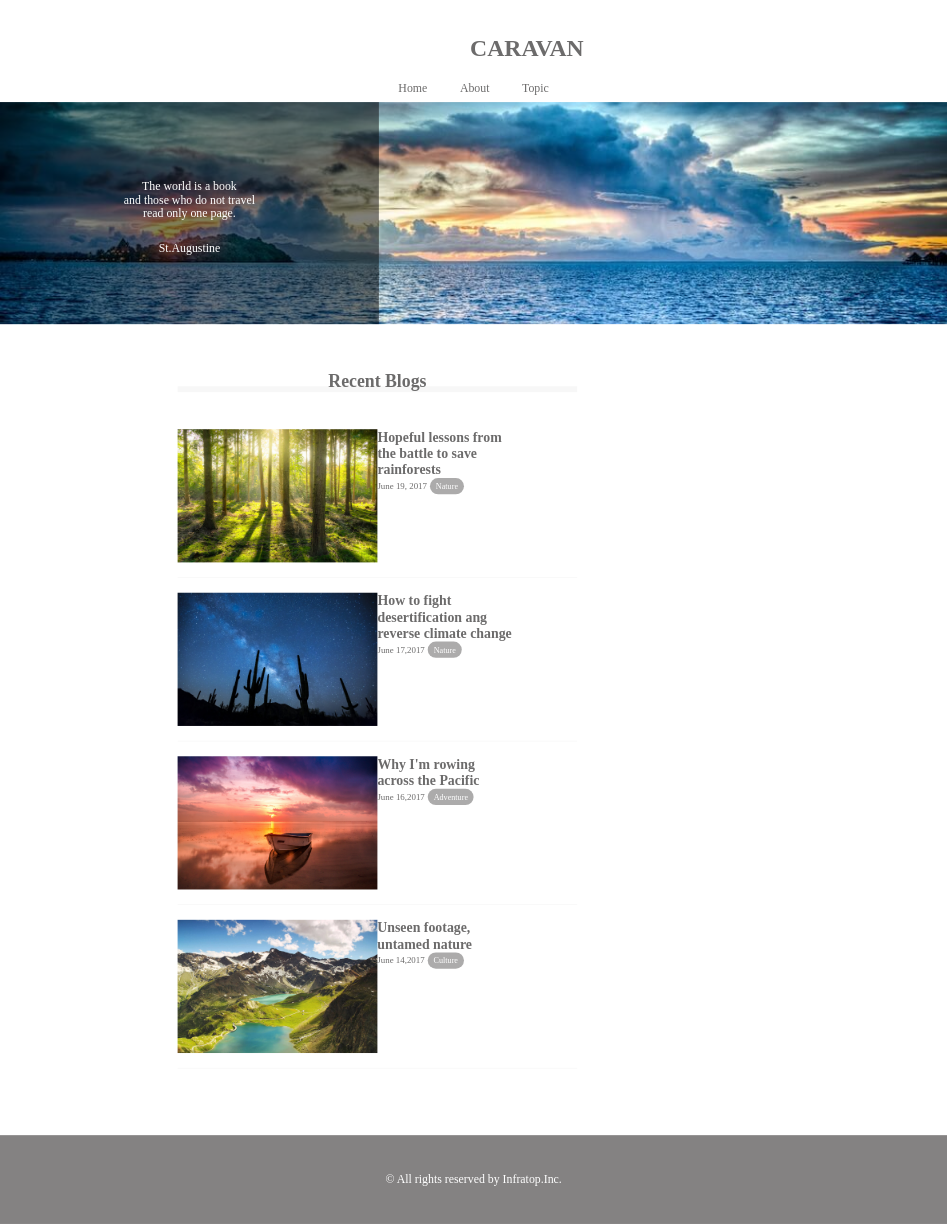
Repository: takanauti/task
Page: caravan/index.html
The author's editor kept a record of every edit. The page is drawn from the files as they stood at one moment, then again after the next edit.
The browser window is 1280 px wide. The pictures show the whole page, at 74% of full size.

Above is the page before.

After the next edit:
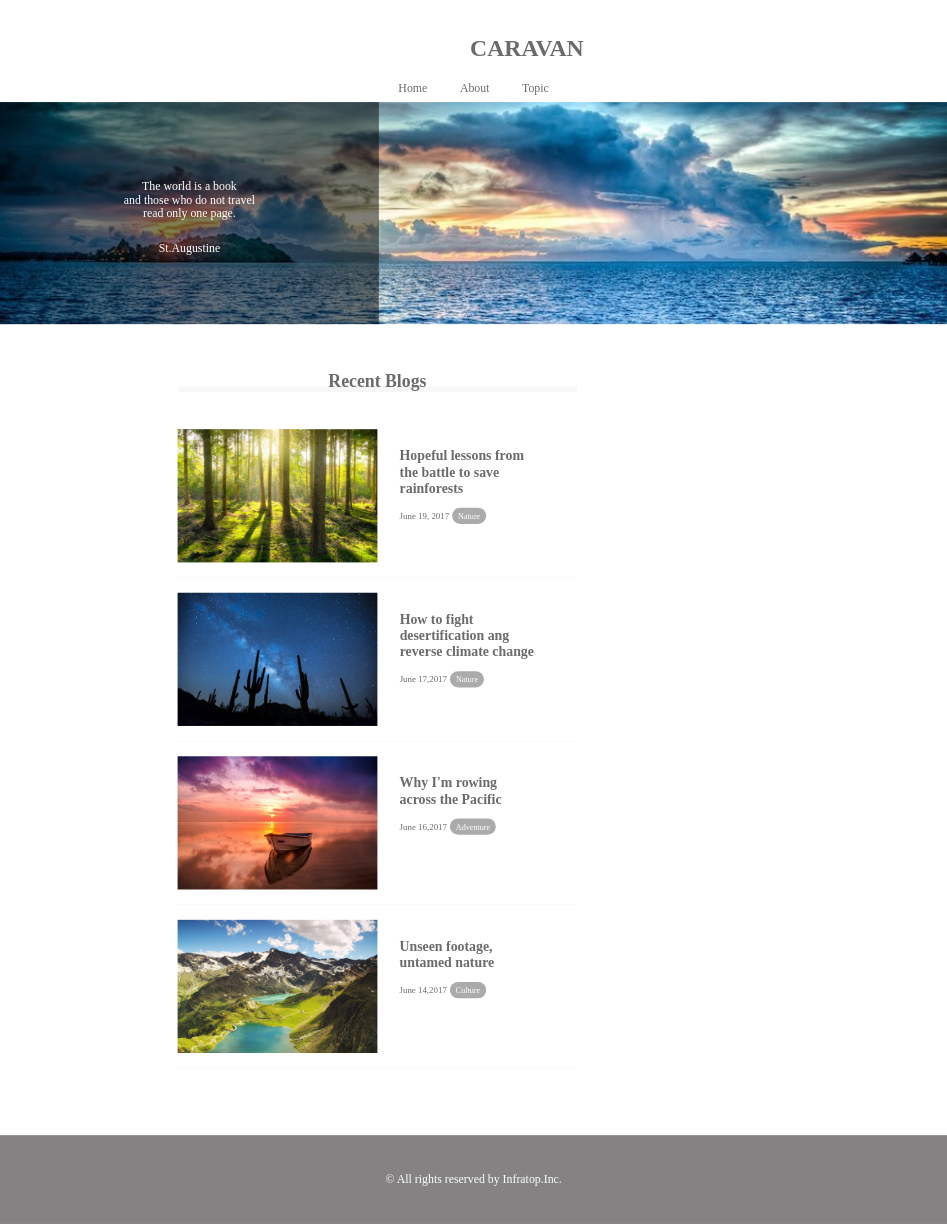
The edit:
--- a/caravan/style.css
+++ b/caravan/style.css
@@ -94,6 +94,14 @@
   height: 180px;
 }
 
+.blog-text{
+  padding: 25px 0 0 30px;
+}
+
+.blog-text-heading{
+  padding-bottom: 15px;
+}
+
 .blog-date{
   font-size: 12px;
   display: inline-block;
